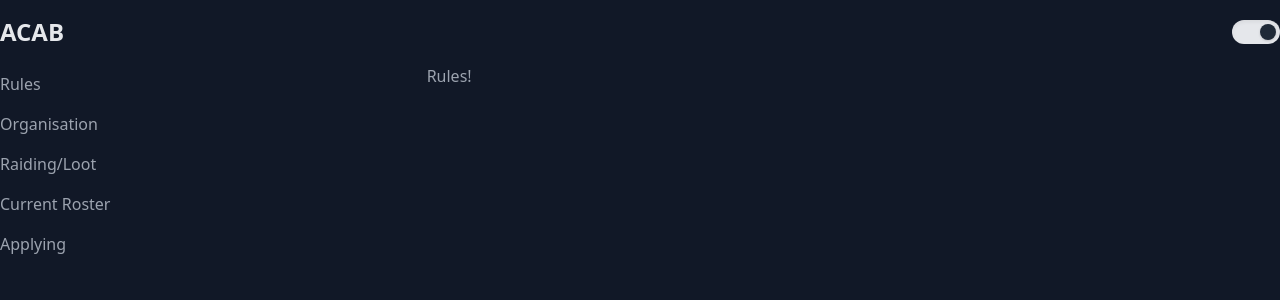
Repository: eaang/catguild_frontend
Page: /rules
The author's editor kept a copy of each file at every save. The page is drawn from the files as they stood at one save, then again after the next save.
The browser window is 1280 px wide. The pictures show the whole page.
The project was rebuilt for these pictures with package versions that can differ from the ones it lists, and the page was loaded fresh each time. The framework's server and built-in components were replaced by stand-ins that run in the browser. Also part of the build but not shown: nuxt.config.js, components/ContentBox.vue, components/ContentEditor.vue, components/ImageBox.vue, components/SidebarMain.vue, components/SidebarSub.vue, components/TheFoooter.vue, components/icons/ChevronDown.vue and 20 more. Imported but missing from the stored project, and not drawn on this page: apollo/queries/categories/category.

Above is the page before, as saved 2021-04-02 19:13:16.

### components/SidebarItem.vue
<template>
  <div class="flex justify-between items-center" @click="toggle = !toggle">
    <div class="py-2">{{ title }}</div>
    <div class="px-2">
      <div v-if="toggle"><ChevronDown /></div>
      <div v-if="!toggle"><ChevronUp /></div>
    </div>
  </div>
</template>

<script>
export default {
  props: {
    title: {
      type: String,
      default: 'Category',
    },
  },
  data() {
    return {
      toggle: false,
    }
  },
}
</script>

### components/TheHeader.vue
<template>
  <div class="w-full h-16 flex items-center">
    <div class="container flex justify-between items-center">
      <div class="left-side">
        <nuxt-link to="/"
          ><div class="text-2xl font-bold text-gray-800 dark:text-gray-200">
            ACAB
          </div></nuxt-link
        >
      </div>
      <div class="right-side">
        <div @click="changeTheme">
          <ToggleButton :is-active="thisTheme" />
        </div>
      </div>
    </div>
  </div>
</template>

<script>
export default {
  data() {
    return {
      thisTheme: false,
    }
  },
  methods: {
    changeTheme() {
      this.thisTheme = !this.thisTheme
      this.$nuxt.$emit('change-theme')
    },
  },
}
</script>

### components/TheSidebar.vue
<template>
  <div class="">
    <SidebarItem title="Rules" />
    <SidebarItem title="Organisation" />
    <SidebarItem title="Raiding/Loot" />
    <SidebarItem title="Current Roster" />
    <SidebarItem title="Applying" />
  </div>
</template>

<script>
export default {}
</script>

### components/ToggleButton.vue
<template>
  <div
    class="w-12 h-6 px-1 rounded-full grid justify-items-auto items-center shadow-inner transition duration-200"
    :class="{ 'bg-gray-800': currentStatus, 'bg-gray-200': !currentStatus }"
  >
    <transition name="left">
      <div
        v-if="currentStatus"
        class="bg-gray-200 w-4 h-4 rounded-full shadow justify-self-start shadow-"
      ></div>
    </transition>
    <transition name="right">
      <div
        v-if="!currentStatus"
        class="bg-gray-800 w-4 h-4 rounded-full shadow justify-self-end"
      ></div>
    </transition>
  </div>
</template>

<script>
export default {
  props: {
    isActive: {
      type: Boolean,
      default: false,
    },
  },
  computed: {
    currentStatus() {
      return this.isActive
    },
  },
}
</script>

<style scoped>
.left-enter-active,
.left-leave-enter {
  transform: translateX(0);
  transition: all 0.2s linear;
}
.left-enter,
.left-leave-to {
  transform: translateX(100%);
}
.right-enter-active,
.right-leave-enter {
  transform: translateX(0);
  transition: all 0.2s linear;
}
.right-enter,
.right-leave-to {
  transform: translateX(-100%);
}
</style>

### components/icons/ChevronUp.vue
<template>
  <svg
    xmlns="http://www.w3.org/2000/svg"
    viewBox="0 0 20 20"
    fill="currentColor"
  >
    <path
      fill-rule="evenodd"
      d="M14.707 12.707a1 1 0 01-1.414 0L10 9.414l-3.293 3.293a1 1 0 01-1.414-1.414l4-4a1 1 0 011.414 0l4 4a1 1 0 010 1.414z"
      clip-rule="evenodd"
    />
  </svg>
</template>

### layouts/default.vue
<template>
  <div :class="{ dark: darkTheme }">
    <div
      class="relative pt-16 h-screen theme bg-gray-400 text-gray-900 dark:bg-gray-900 dark:text-gray-400 transition duration-200"
    >
      <TheHeader class="absolute inset-x-0 top-0" />
      <div class="container h-full">
        <div class="flex h-full">
          <TheSidebar class="w-1/3 h-full" />
          <Nuxt class="h-full" />
        </div>
        <TheFooter />
      </div>
    </div>
  </div>
</template>

<script>
export default {
  data() {
    return {
      darkTheme: true,
    }
  },
  created() {
    this.$nuxt.$on('change-theme', () => {
      this.darkTheme = !this.darkTheme
    })
  },
}
</script>

### pages/rules/index.vue
<template>
  <div>Rules!</div>
</template>

<script>
export default {}
</script>

### tailwind.config.js
module.exports = {
  purge: [
    './components/**/*.{vue,js}',
    './layouts/**/*.vue',
    './pages/**/*.vue',
    './plugins/**/*.{js,ts}',
    './nuxt.config.{js,ts}',
  ],
  darkMode: 'class', // or 'media' or 'class'
  theme: {
    container: {
      center: true,
    },
    extend: {},
  },
  variants: {
    extend: {},
  },
  plugins: [],
}

Loaded but not shown: assets/css/tailwind.css (common file); components/TheFooter.vue (common file)

After the next save:
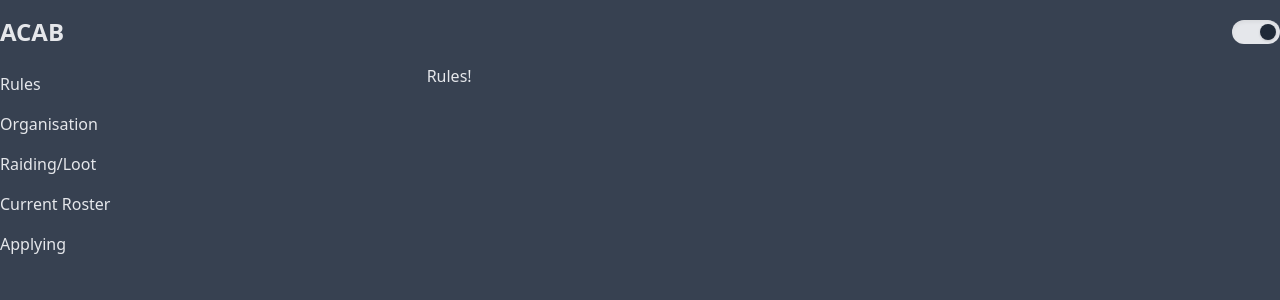
Saved 29 s later.
--- a/layouts/default.vue
+++ b/layouts/default.vue
@@ -1,7 +1,7 @@
 <template>
   <div :class="{ dark: darkTheme }">
     <div
-      class="relative pt-16 h-screen theme bg-gray-400 text-gray-900 dark:bg-gray-900 dark:text-gray-400 transition duration-200"
+      class="relative pt-16 h-screen theme bg-gray-200 text-gray-700 dark:bg-gray-700 dark:text-gray-200 transition duration-200"
     >
       <TheHeader class="absolute inset-x-0 top-0" />
       <div class="container h-full">
